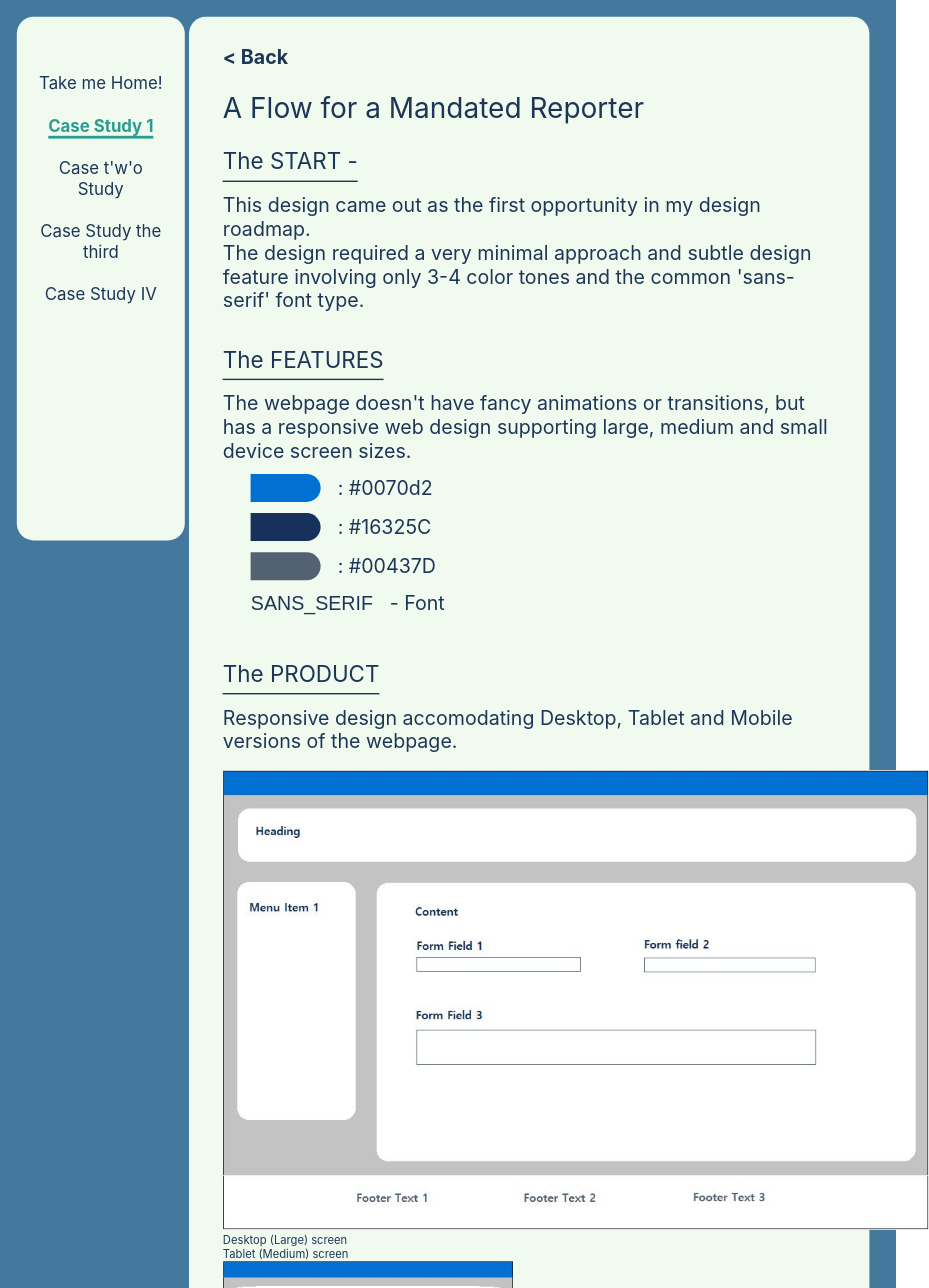
Repository: niranjangp/portfolioReact
Page: /cs-one
These files come from the project's save history. The page is drawn as it stood at one moment and after the next save; the edit follows.
The browser window is 1280 px wide. The page is 1327 px wide, then 1280 px, so the pictures cover 1327 px, including what lies to the right of the window. The pictures show the part of the page from y = 0 to 1840 px (the page is 3218 px tall before and 3082 px after), at 70% of full size.
The project was rebuilt for these pictures with package versions that can differ from the ones it lists, and the page was loaded fresh each time. Also part of the build but not shown: src/pages/enterDesign.jsx, src/pages/notFound.jsx.

Above is the page before, as saved 2022-02-01 04:18:37.

After the next save:
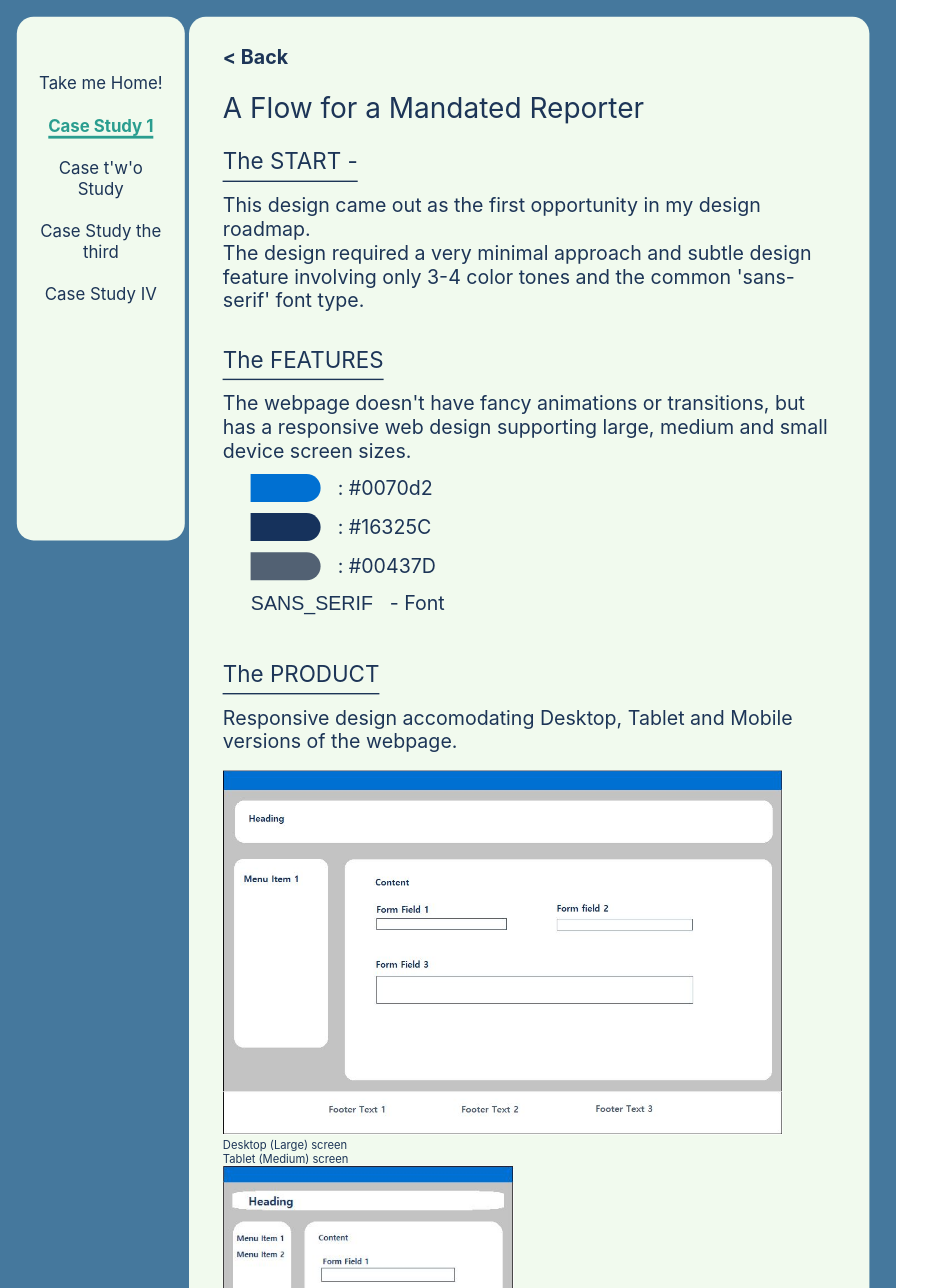
Saved 5 min 45 s later.
--- a/src/App.css
+++ b/src/App.css
@@ -256,6 +256,22 @@ footer {
   align-items: center;
 }
 
+.flx-bx {
+  display: flex;
+  align-items: center;
+  justify-content: space-evenly;
+}
+
+.flx-bx div {
+  font-size: 32px;
+}
+
+.mrDesk {
+    width: 800px;
+}
+
+
+
 /*.containerOne {
   background-color: #F1FAEE;
 }
